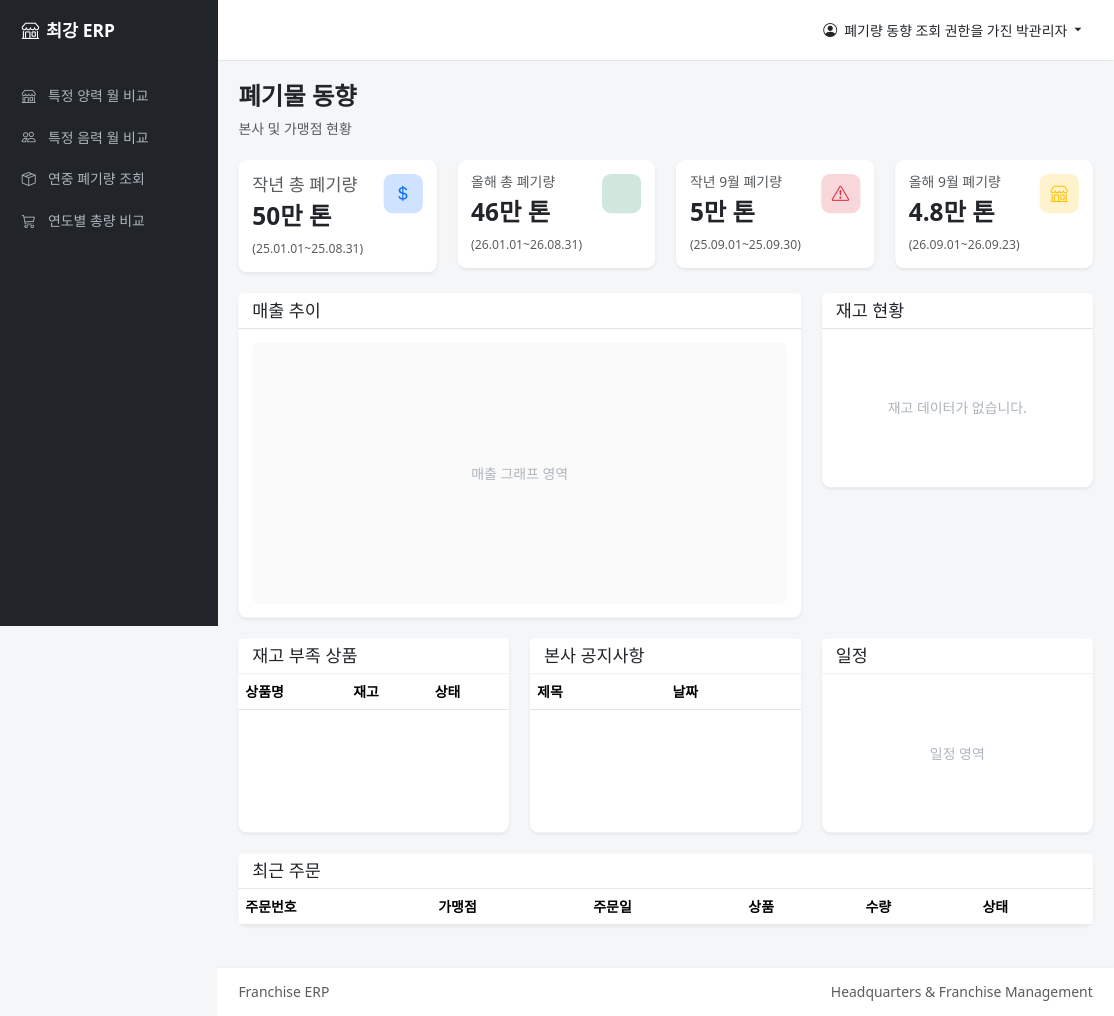
Repository: nojong99/kosta
Page: 32_MVCModel2/src/main/webapp/wasteTrends.html
An editor plug-in stored every save of this project. The page is shown before and after the next save, followed by the edit.
The browser window is 1280 px wide. The pictures show the whole page, at 87% of full size.

Above is the page before, as saved 2026-09-23 02:52:53.

### 32_MVCModel2/src/main/webapp/wasteTrends.html
<!DOCTYPE html>
<html lang="ko">

<head>
    <meta charset="UTF-8">
    <meta name="viewport" content="width=device-width, initial-scale=1">

    <title>Franchise ERP</title>

    <link
        href="https://cdn.jsdelivr.net/npm/bootstrap@5.3.8/dist/css/bootstrap.min.css"
        rel="stylesheet">
    <link
        rel="stylesheet"
        href="https://cdn.jsdelivr.net/npm/bootstrap-icons@1.13.1/font/bootstrap-icons.min.css">
	<link rel="stylesheet" href="css/wasteTrends.css">


</head>


<body>

<div class="sidebar">

    <div class="logo">

        <i class="bi bi-shop me-2"></i>

        <span>최강 ERP</span>

    </div>


    <ul class="nav flex-column mt-3">


        <!-- 대시보드 -->

        <li class="nav-item">

            <a class="nav-link" href="#">

                <i class="bi bi-shop"></i>

                <span>특정 양력 월 비교</span>

            </a>

        </li>

        <li class="nav-item">

            <a class="nav-link" href="#">

                <i class="bi bi-people"></i>

                <span>특정 음력 월 비교</span>

            </a>

        </li>

        <li class="nav-item">

            <a class="nav-link" href="#">

                <i class="bi bi-box-seam"></i>

                <span>연중 폐기량 조회</span>

            </a>

        </li>

        <li class="nav-item">

            <a class="nav-link" href="#">

                <i class="bi bi-cart3"></i>

                <span>연도별 총량 비교</span>

            </a>

        </li>



    </ul>

</div>



<!-- ==================================================
     MAIN
================================================== -->

<div class="main">


    <!-- ==================================================
         TOPBAR
    ================================================== -->

    <nav class="navbar topbar px-4">

        <div>

            <button
                class="btn btn-light d-md-none">

                <i class="bi bi-list"></i>
            </button>

        </div>


        <div class="dropdown">

            <button
                class="btn dropdown-toggle"
                data-bs-toggle="dropdown">

                <i class="bi bi-person-circle me-1"></i>

                폐기량 동향 조회 권한을 가진 박관리자

            </button>


            <ul class="dropdown-menu dropdown-menu-end">

                <li>
                    <a class="dropdown-item" href="#">
                        프로필
                    </a>
                </li>

                <li>
                    <a class="dropdown-item" href="#">
                        설정
                    </a>
                </li>

                <li>
                    <hr class="dropdown-divider">
                </li>

                <li>
                    <a class="dropdown-item" href="#">
                        로그아웃
                    </a>
                </li>

            </ul>

        </div>

    </nav>



    <main class="container-fluid p-4">

        <div class="mb-4">

            <h3 class="fw-bold">
                폐기물 동향
            </h3>

            <p class="text-muted mb-0">
                본사 및 가맹점 현황
            </p>

        </div>

        <div class="row g-4 mb-4">
            <div class="col-12 col-sm-6 col-xl-3">

                <div class="card dashboard-card shadow-sm">

                    <div class="card-body">

                        <div class="d-flex justify-content-between">

                            <div>

                                <h5 class="text-muted">
                                    작년 총 폐기량
                                </h5 >

                                <h3 class="fw-bold">
                                    50만 톤
                                </h3>

                            </div>


                            <div class="dashboard-icon bg-primary-subtle text-primary">

                                <i class="bi bi-currency-dollar"></i>

                            </div>

                        </div>

                        <small class="text-muted">
                            (25.01.01~25.08.31)
                        </small>

                    </div>

                </div>

            </div>

            <div class="col-12 col-sm-6 col-xl-3">

                <div class="card dashboard-card shadow-sm">

                    <div class="card-body">

                        <div class="d-flex justify-content-between">

                            <div>

                                <h6 class="text-muted">
                                    올해 총 폐기량
                                </h6>

                                <h3 class="fw-bold">
                                    46만 톤
                                </h3>

                            </div>


                            <div class="dashboard-icon bg-success-subtle text-success">

                            </div>

                        </div>

                        <small class="text-muted">
                            (26.01.01~26.08.31)
                        </small>

                    </div>

                </div>

            </div>

            <div class="col-12 col-sm-6 col-xl-3">

                <div class="card dashboard-card shadow-sm">

                    <div class="card-body">

                        <div class="d-flex justify-content-between">

                            <div>

                                <h6 class="text-muted">
									작년 9월 폐기량
                                </h6>

                                <h3 class="fw-bold">
                                    5만 톤
                                </h3>

                            </div>


                            <div class="dashboard-icon bg-danger-subtle text-danger">

                                <i class="bi bi-exclamation-triangle"></i>

                            </div>

                        </div>

                        <small class="text-muted">
                            (25.09.01~25.09.30)
                        </small>

                    </div>

                </div>

            </div>

            <div class="col-12 col-sm-6 col-xl-3">

                <div class="card dashboard-card shadow-sm">

                    <div class="card-body">

                        <div class="d-flex justify-content-between">

                            <div>

                                <h6 class="text-muted">
                                    올해 9월 폐기량
                                </h6>

                                <h3 class="fw-bold">
                                    4.8만 톤
                                </h3>

                            </div>


                            <div class="dashboard-icon bg-warning-subtle text-warning">

                                <i class="bi bi-shop"></i>

                            </div>

                        </div>

                        <small class="text-muted">
							(26.09.01~26.09.23)
                        </small>

                    </div>

                </div>

            </div>

        </div>



        <!-- ==================================================
             2. 매출 / 재고
        ================================================== -->

        <div class="row g-4 mb-4">


            <!-- 매출 그래프 -->

            <div class="col-12 col-xl-8">

                <div class="card dashboard-card shadow-sm">

                    <div class="card-header bg-white">

                        <h5 class="mb-0">
                            매출 추이
                        </h5>

                    </div>

                    <div class="card-body">

                        <div class="chart-area">

                            <span>
                                매출 그래프 영역
                            </span>

                        </div>

                    </div>

                </div>

            </div>



            <!-- 재고 -->

            <div class="col-12 col-xl-4">

                <div class="card dashboard-card shadow-sm">

                    <div class="card-header bg-white">

                        <h5 class="mb-0">
                            재고 현황
                        </h5>

                    </div>

                    <div class="card-body">

                        <div class="empty-data">

                            재고 데이터가 없습니다.

                        </div>

                    </div>

                </div>

            </div>

        </div>



        <!-- ==================================================
             3. 재고 / 공지 / 일정
        ================================================== -->

        <div class="row g-4 mb-4">


            <!-- 재고 부족 -->

            <div class="col-12 col-lg-4">

                <div class="card dashboard-card shadow-sm h-100">

                    <div class="card-header bg-white">

                        <h5 class="mb-0">
                            재고 부족 상품
                        </h5>

                    </div>


                    <div class="card-body p-0">

                        <div class="table-responsive">

                            <table class="table table-hover mb-0">

                                <thead>

                                    <tr>

                                        <th>상품명</th>

                                        <th>재고</th>

                                        <th>상태</th>

                                    </tr>

                                </thead>


                                <tbody>

                                    <!-- DB 데이터 출력 -->

                                </tbody>

                            </table>

                        </div>

                    </div>

                </div>

            </div>



            <!-- 공지 -->

            <div class="col-12 col-lg-4">

                <div class="card dashboard-card shadow-sm h-100">

                    <div class="card-header bg-white">

                        <h5 class="mb-0">
                            본사 공지사항
                        </h5>

                    </div>


                    <div class="card-body p-0">

                        <div class="table-responsive">

                            <table class="table table-hover mb-0">

                                <thead>

                                    <tr>

                                        <th>제목</th>

                                        <th>날짜</th>

                                    </tr>

                                </thead>


                                <tbody>

                                    <!-- DB 데이터 출력 -->

                                </tbody>

                            </table>

                        </div>

                    </div>

                </div>

            </div>



            <!-- 일정 -->

            <div class="col-12 col-lg-4">

                <div class="card dashboard-card shadow-sm h-100">

                    <div class="card-header bg-white">

                        <h5 class="mb-0">
                            일정
                        </h5>

                    </div>


                    <div class="card-body">

                        <div class="empty-data">

                            일정 영역

                        </div>

                    </div>

                </div>

            </div>

        </div>



        <!-- ==================================================
             4. 최근 주문
        ================================================== -->

        <div class="card dashboard-card shadow-sm">


            <div class="card-header bg-white">

                <h5 class="mb-0">
                    최근 주문
                </h5>

            </div>


            <div class="card-body p-0">

                <div class="table-responsive">

                    <table class="table table-hover mb-0">

                        <thead>

                            <tr>

                                <th>주문번호</th>

                                <th>가맹점</th>

                                <th>주문일</th>

                                <th>상품</th>

                                <th>수량</th>

                                <th>상태</th>

                            </tr>

                        </thead>


                        <tbody>

                            <!--
                                나중에 DB에서 가져온 데이터를
                                여기에 출력
                            -->

                        </tbody>

                    </table>

                </div>

            </div>

        </div>


    </main>



    <!-- ==================================================
         FOOTER
    ================================================== -->

    <footer class="py-3 mt-4 bg-white border-top">

        <div class="container-fluid px-4">

            <div class="d-flex justify-content-between">

                <span class="text-muted">
                    Franchise ERP
                </span>

                <span class="text-muted">
                    Headquarters & Franchise Management
                </span>

            </div>

        </div>

    </footer>


</div>



<!-- Bootstrap 5 JS -->

<script
    src="https://cdn.jsdelivr.net/npm/bootstrap@5.3.8/dist/js/bootstrap.bundle.min.js">
</script>


</body>

</html>

### 32_MVCModel2/src/main/webapp/css/wasteTrends.css
@charset "UTF-8";


body {
    background-color: #f5f6f8;
}

/* 사이드바 */
.sidebar {
    width: 250px;
    min-height: 100vh;
    background-color: #212529;
    position: fixed;
    left: 0;
    top: 0;
}

.sidebar .logo {
    height: 70px;
    display: flex;
    align-items: center;
    padding: 0 25px;
    font-size: 20px;
    font-weight: bold;
    color: white;
}

.sidebar .nav-link {
    color: #adb5bd;
    padding: 12px 25px;
}

.sidebar .nav-link:hover,
.sidebar .nav-link.active {
    color: white;
    background-color: #343a40;
}

.sidebar .nav-link i {
    margin-right: 10px;
}

/* 메인 */
.main {
    margin-left: 250px;
    min-height: 100vh;
}

/* 상단바 */
.topbar {
    height: 70px;
    background-color: white;
    border-bottom: 1px solid #dee2e6;
}

/* 카드 */
.dashboard-card {
    border: none;
    border-radius: 10px;
}

.dashboard-icon {
    width: 45px;
    height: 45px;
    border-radius: 10px;

    display: flex;
    align-items: center;
    justify-content: center;

    font-size: 20px;
}

/* 차트 영역 */
.chart-area {
    height: 300px;

    display: flex;
    align-items: center;
    justify-content: center;

    color: #adb5bd;
    background-color: #fafafa;
    border-radius: 8px;
}

/* 빈 데이터 */
.empty-data {
    height: 150px;

    display: flex;
    align-items: center;
    justify-content: center;

    color: #adb5bd;
}

@media (max-width: 768px) {

    .sidebar {
        width: 70px;
    }

    .sidebar .logo span,
    .sidebar .nav-link span {
        display: none;
    }

    .sidebar .nav-link {
        text-align: center;
        padding: 15px 0;
    }

    .sidebar .nav-link i {
        margin: 0;
    }

    .main {
        margin-left: 70px;
    }

}

After the next save:
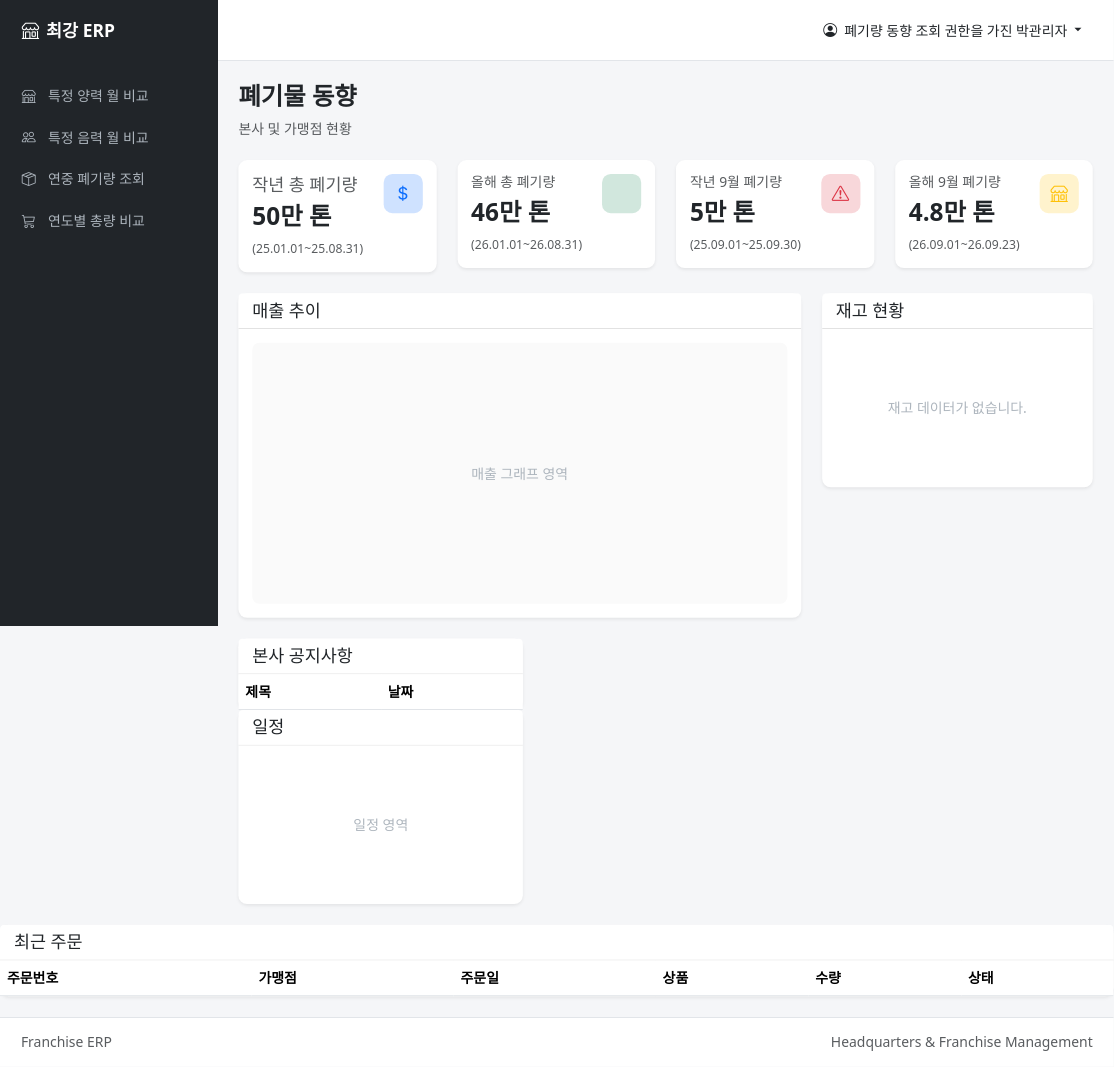
Saved 14 min 39 s later.
--- a/32_MVCModel2/src/main/webapp/wasteTrends.html
+++ b/32_MVCModel2/src/main/webapp/wasteTrends.html
@@ -406,64 +406,6 @@
 
 
 
-        <!-- ==================================================
-             3. 재고 / 공지 / 일정
-        ================================================== -->
-
-        <div class="row g-4 mb-4">
-
-
-            <!-- 재고 부족 -->
-
-            <div class="col-12 col-lg-4">
-
-                <div class="card dashboard-card shadow-sm h-100">
-
-                    <div class="card-header bg-white">
-
-                        <h5 class="mb-0">
-                            재고 부족 상품
-                        </h5>
-
-                    </div>
-
-
-                    <div class="card-body p-0">
-
-                        <div class="table-responsive">
-
-                            <table class="table table-hover mb-0">
-
-                                <thead>
-
-                                    <tr>
-
-                                        <th>상품명</th>
-
-                                        <th>재고</th>
-
-                                        <th>상태</th>
-
-                                    </tr>
-
-                                </thead>
-
-
-                                <tbody>
-
-                                    <!-- DB 데이터 출력 -->
-
-                                </tbody>
-
-                            </table>
-
-                        </div>
-
-                    </div>
-
-                </div>
-
-            </div>
 
 
 
